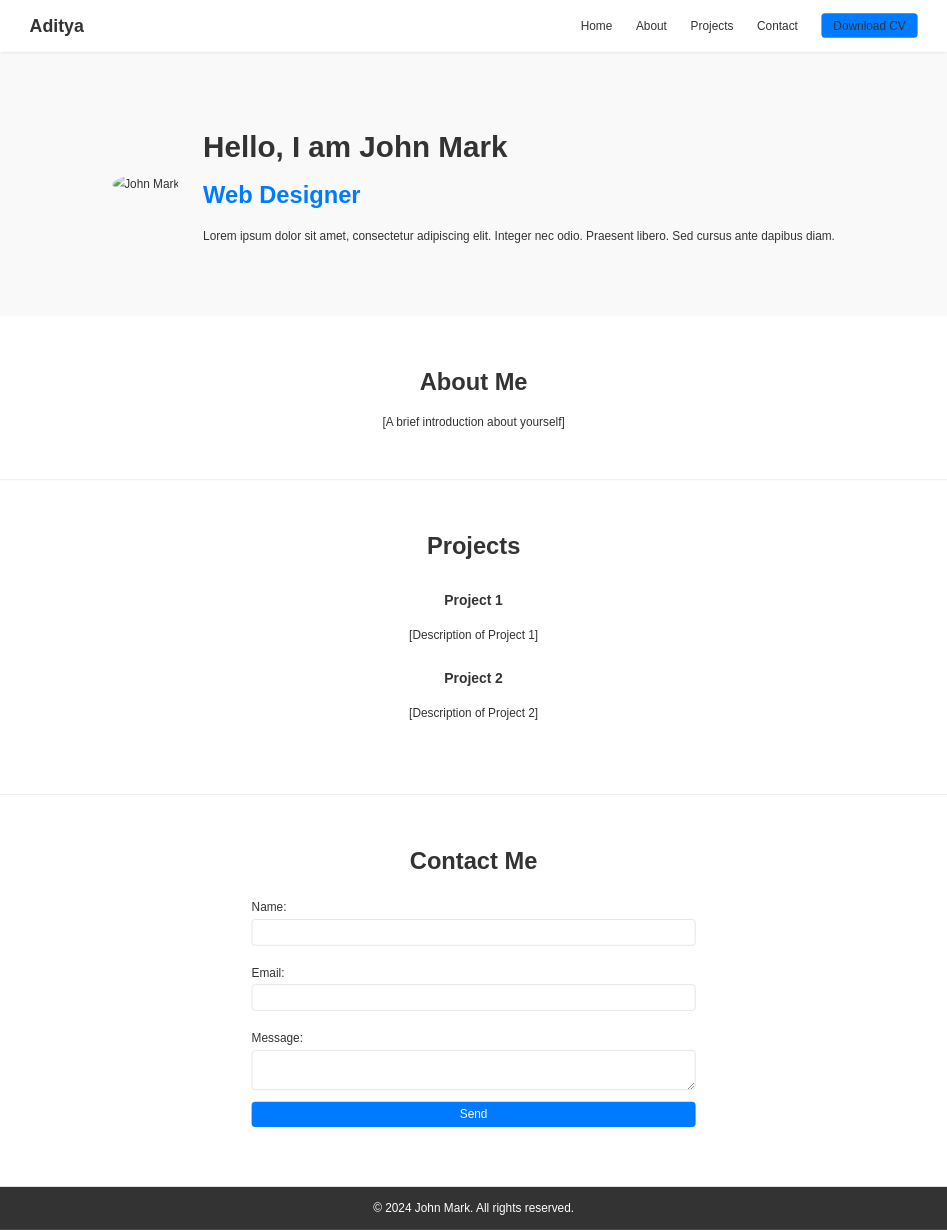
Repository: 4Kbrain/Portofolio
Page: index.html
The author's editor kept a copy of each file at every save. The page is drawn from the files as they stood at one save, then again after the next save.
The browser window is 1280 px wide. The pictures show the whole page, at 74% of full size.

Above is the page before, as saved 2024-05-15 08:09:48.
Not found: your-photo.jpg

After the next save:
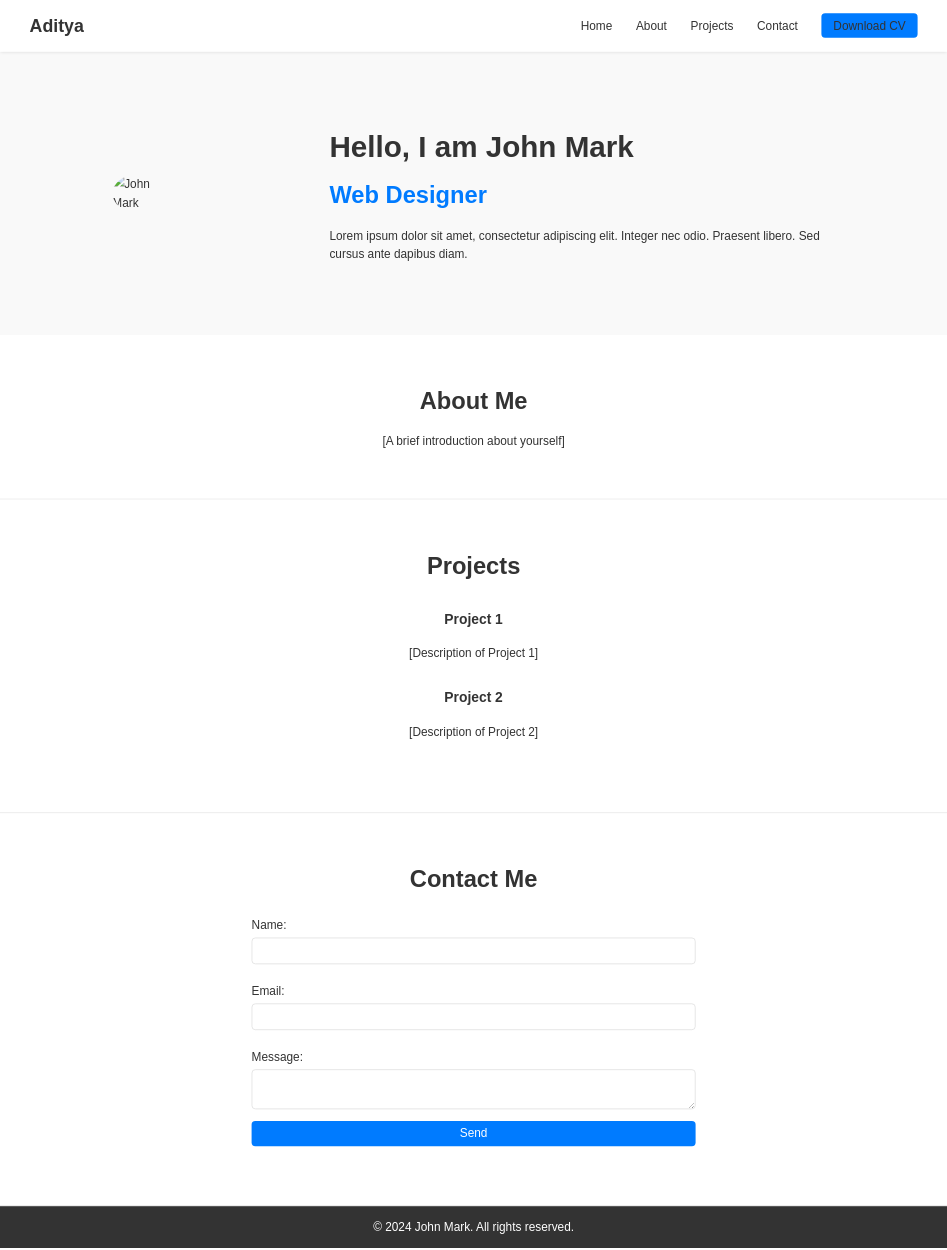
Saved 19 s later.
--- a/styles.css
+++ b/styles.css
@@ -96,6 +96,11 @@ section {
     margin-right: 2rem;
 }
 
+.home-text {
+    margin-left: 20%; /* Adjust as needed */
+}
+
+
 .home-text h1 {
     font-size: 2.5rem;
     margin-bottom: 0.5rem;
